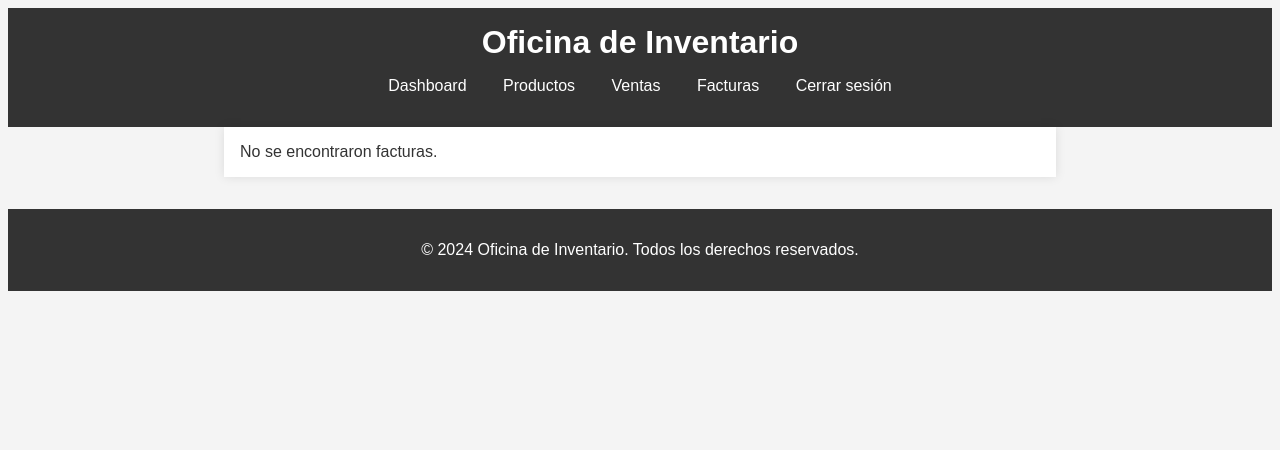
Repository: Connie75/Inventario
Page: http://localhost/views/invoices.php
An editor plug-in stored every save of this project. The page is shown before and after the next save, followed by the edit.
The browser window is 1280 px wide. The pictures show the whole page.
The page is run by PHP 8.4 with error messages shown; the project is at /var/www/html/. The session is filled in as if someone had signed in: {"id": 1, "rol": "admin"}. Other server files are loaded and not shown. Queries for data that is not in the repository find no rows.

Above is the page before, as saved 2024-07-23 22:35:19.

### views/invoices.php
<!-- views/invoices.php -->
<?php
session_start();
if (!isset($_SESSION['id']) || ($_SESSION['rol'] != 'admin' && $_SESSION['rol'] != 'trabajador')) {
    header("Location: login.php");
    exit();
}
include '../includes/header.php';
include '../includes/db.php';

$sql = "SELECT f.id, f.fecha, f.total, u.nombre AS cliente
        FROM facturas f
        JOIN ventas v ON f.id_venta = v.id
        JOIN usuarios u ON v.id_cliente = u.id";
$result = $conn->query($sql);

if ($result->num_rows > 0) {
    echo "<table>";
    echo "<tr><th>ID</th><th>Fecha</th><th>Total</th><th>Cliente</th></tr>";
    while ($row = $result->fetch_assoc()) {
        echo "<tr><td>{$row['id']}</td><td>{$row['fecha']}</td><td>{$row['total']}</td><td>{$row['cliente']}</td></tr>";
    }
    echo "</table>";
} else {
    echo "No se encontraron facturas.";
}

$conn->close();
include '../includes/footer.php';
?>

### includes/header.php
<!-- includes/header.php -->
<!DOCTYPE html>
<html lang="es">
<head>
    <meta charset="UTF-8">
    <meta name="viewport" content="width=device-width, initial-scale=1.0">
    <title>Oficina de Inventario</title>
    <link rel="stylesheet" href="../css/styles.css">
    <script src="../js/scripts.js" defer></script>
</head>
<body>
    <header>
        <h1>Oficina de Inventario</h1>
        <nav>
            <ul>
                <li><a href="../views/dashboard.php">Dashboard</a></li>
                <li><a href="../views/products.php">Productos</a></li>
                <li><a href="../views/sales.php">Ventas</a></li>
                <li><a href="../views/invoices.php">Facturas</a></li>
                <li><a href="../actions/logout.php">Cerrar sesión</a></li>
            </ul>
        </nav>
    </header>
    <main>
    <?php if (isset($_SESSION['message'])): ?>
            <div class="message <?php echo $_SESSION['message_type']; ?>">
                <?php
                    echo $_SESSION['message'];
                    unset($_SESSION['message']);
                    unset($_SESSION['message_type']);
                ?>
            </div>
        <?php endif; ?>

### includes/db.php
<?php
// db.php
$servername = "localhost";
$username = "root";
$password = "Azurro49.";
$dbname = "inventario";

// Crear conexión
$conn = new mysqli($servername, $username, $password, $dbname);

// Verificar conexión
if ($conn->connect_error) {
    die("Conexión fallida: " . $conn->connect_error);
}
?>

### includes/footer.php
<!-- includes/footer.php -->
</main>
    <footer>
        <p>&copy; 2024 Oficina de Inventario. Todos los derechos reservados.</p>
    </footer>
</body>
</html>

### CSS/Styles.css
/* css/styles.css */
body {
    font-family: Arial, sans-serif;
    background-color: #f4f4f4;
    color: #333;
}

header {
    background-color: #333;
    color: #fff;
    padding: 1em 0;
    text-align: center;
}

header h1 {
    margin: 0;
}

nav ul {
    list-style: none;
    padding: 0;
    text-align: center;
}

nav ul li {
    display: inline;
    margin: 0 1em;
}

nav ul li a {
    color: #fff;
    text-decoration: none;
}

main {
    padding: 1em;
    max-width: 800px;
    margin: 0 auto;
    background-color: #fff;
    box-shadow: 0 0 10px rgba(0,0,0,0.1);
}

footer {
    background-color: #333;
    color: #fff;
    text-align: center;
    padding: 1em 0;
    margin-top: 2em;
}

table {
    width: 100%;
    border-collapse: collapse;
    margin-top: 1em;
}

table, th, td {
    border: 1px solid #ccc;
    padding: 0.5em;
    text-align: left;
}

button {
    background-color: #333;
    color: #fff;
    border: none;
    padding: 0.5em 1em;
    cursor: pointer;
}

button:hover {
    background-color: #555;
}

.message {
    padding: 1em;
    margin-bottom: 1em;
    border-radius: 5px;
}

.message.success {
    background-color: #dff0d8;
    color: #3c763d;
}

.message.error {
    background-color: #f2dede;
    color: #a94442;
}

### js/Scripts.js
// js/scripts.js

document.addEventListener('DOMContentLoaded', function () {
    // Validación de formularios
    var forms = document.querySelectorAll('form');

    forms.forEach(function (form) {
        form.addEventListener('submit', function (event) {
            var inputs = form.querySelectorAll('input[required], textarea[required], select[required]');
            var valid = true;

            inputs.forEach(function (input) {
                if (!input.value) {
                    input.style.borderColor = 'red';
                    valid = false;
                } else {
                    input.style.borderColor = 'initial';
                }
            });

            if (!valid) {
                event.preventDefault();
                alert('Por favor, rellena todos los campos obligatorios.');
            }
        });
    });

    // Actualización dinámica de cantidad de productos
    var cantidadInputs = document.querySelectorAll('input[name="cantidad"]');
    var precioInputs = document.querySelectorAll('input[name="precio"]');
    var totalDisplay = document.querySelector('#total');

    cantidadInputs.forEach(function (cantidadInput) {
        cantidadInput.addEventListener('input', actualizarTotal);
    });

    precioInputs.forEach(function (precioInput) {
        precioInput.addEventListener('input', actualizarTotal);
    });

    function actualizarTotal() {
        var cantidad = parseFloat(cantidadInputs[0].value) || 0;
        var precio = parseFloat(precioInputs[0].value) || 0;
        var total = cantidad * precio;

        if (totalDisplay) {
            totalDisplay.textContent = 'Total: $' + total.toFixed(2);
        }
    }

    // Mostrar/ocultar contraseña
    var togglePassword = document.querySelector('#togglePassword');
    var passwordInput = document.querySelector('input[name="password"]');

    if (togglePassword && passwordInput) {
        togglePassword.addEventListener('click', function () {
            var type = passwordInput.getAttribute('type') === 'password' ? 'text' : 'password';
            passwordInput.setAttribute('type', type);
            this.textContent = type === 'password' ? 'Mostrar' : 'Ocultar';
        });
    }
});

After the next save:
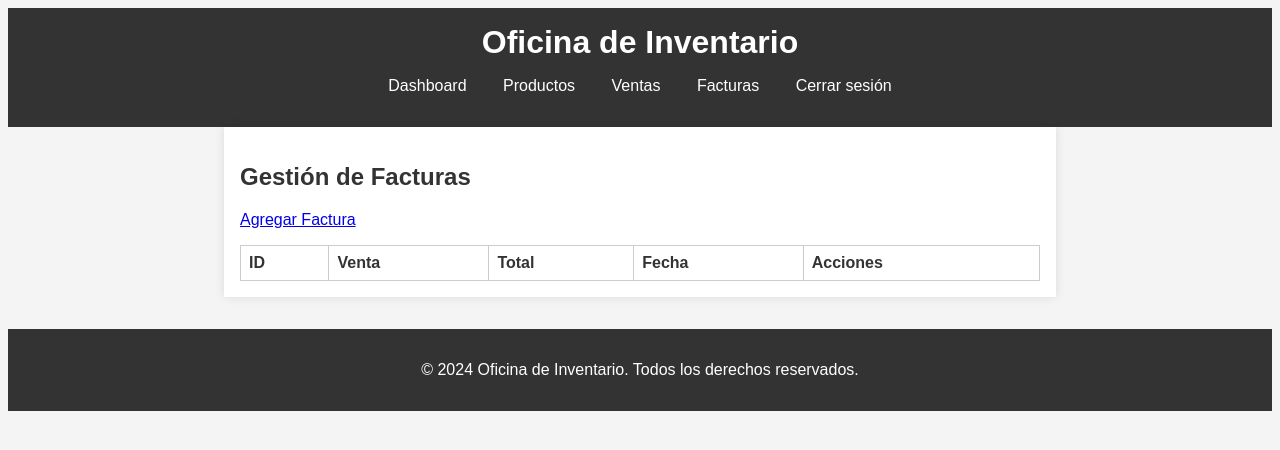
Saved 58 s later.
--- a/views/invoices.php
+++ b/views/invoices.php
@@ -1,30 +1,46 @@
 <!-- views/invoices.php -->
 <?php
 session_start();
-if (!isset($_SESSION['id']) || ($_SESSION['rol'] != 'admin' && $_SESSION['rol'] != 'trabajador')) {
+include '../includes/header.php';
+include '../includes/db.php';
+
+// Verificar si el usuario está logueado
+if (!isset($_SESSION['id'])) {
     header("Location: login.php");
     exit();
 }
-include '../includes/header.php';
-include '../includes/db.php';
 
-$sql = "SELECT f.id, f.fecha, f.total, u.nombre AS cliente
-        FROM facturas f
-        JOIN ventas v ON f.id_venta = v.id
-        JOIN usuarios u ON v.id_cliente = u.id";
-$result = $conn->query($sql);
+// Obtener lista de facturas
+$result = $conn->query("SELECT facturas.*, ventas.total FROM facturas JOIN ventas ON facturas.venta_id = ventas.id");
+?>
 
-if ($result->num_rows > 0) {
-    echo "<table>";
-    echo "<tr><th>ID</th><th>Fecha</th><th>Total</th><th>Cliente</th></tr>";
-    while ($row = $result->fetch_assoc()) {
-        echo "<tr><td>{$row['id']}</td><td>{$row['fecha']}</td><td>{$row['total']}</td><td>{$row['cliente']}</td></tr>";
-    }
-    echo "</table>";
-} else {
-    echo "No se encontraron facturas.";
-}
+<h2>Gestión de Facturas</h2>
+<a href="add_invoice.php">Agregar Factura</a>
+<table>
+    <thead>
+        <tr>
+            <th>ID</th>
+            <th>Venta</th>
+            <th>Total</th>
+            <th>Fecha</th>
+            <th>Acciones</th>
+        </tr>
+    </thead>
+    <tbody>
+        <?php while ($row = $result->fetch_assoc()): ?>
+            <tr>
+                <td><?php echo $row['id']; ?></td>
+                <td><?php echo $row['venta_id']; ?></td>
+                <td><?php echo $row['total']; ?></td>
+                <td><?php echo $row['fecha']; ?></td>
+                <td>
+                    <a href="edit_invoice.php?id=<?php echo $row['id']; ?>">Editar</a>
+                    <a href="../actions/delete_invoice.php?id=<?php echo $row['id']; ?>">Eliminar</a>
+                </td>
+            </tr>
+        <?php endwhile; ?>
+    </tbody>
+</table>
 
-$conn->close();
-include '../includes/footer.php';
-?>
+<?php $conn->close(); ?>
+<?php include '../includes/footer.php'; ?>
